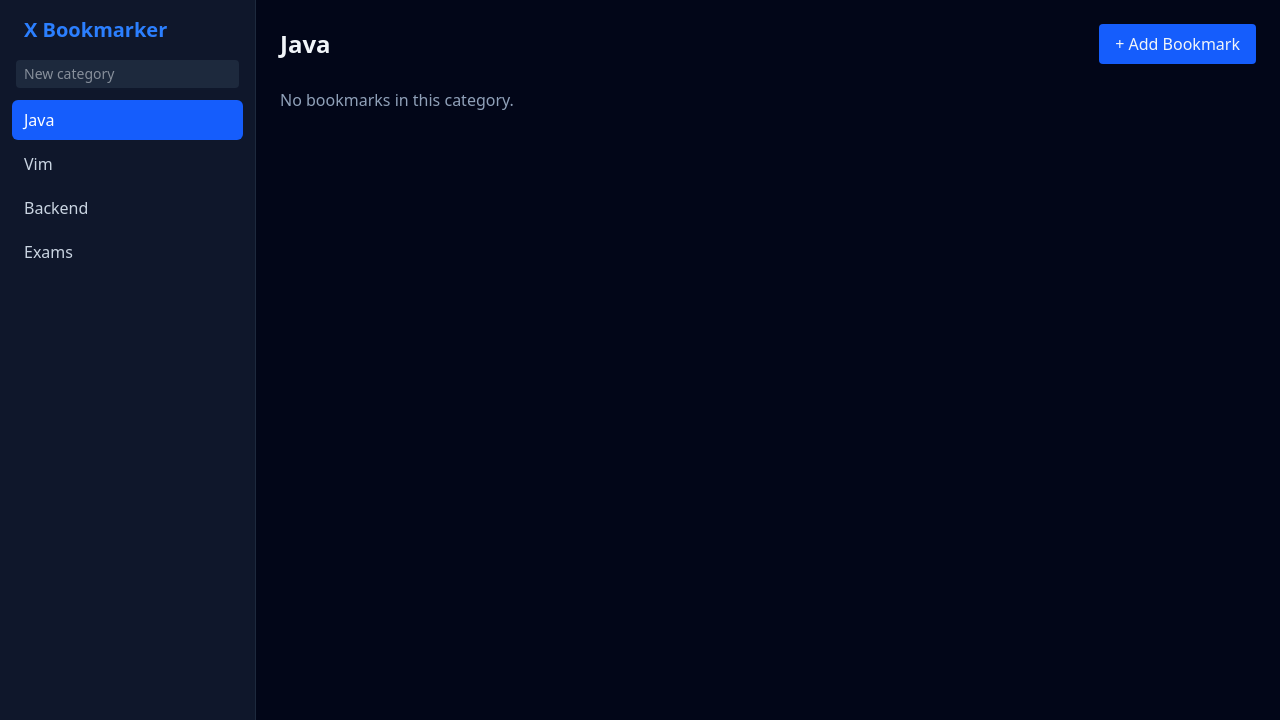
Repository: pgyunknown/pgyXmark
Page: /
These files come from the project's save history. The page is drawn as it stood at one moment and after the next save; the edit follows.
The browser window is 1280 px wide. The pictures show the whole page.
The page's requests for data from a server got no answer. The project was rebuilt for these pictures with package versions that can differ from the ones it lists, and the page was loaded fresh each time. No one was signed in, and anything a server would have sent is missing. Also part of the build but not shown: vite.config.js.

Above is the page before, as saved 2026-01-12 15:17:49.

After the next save:
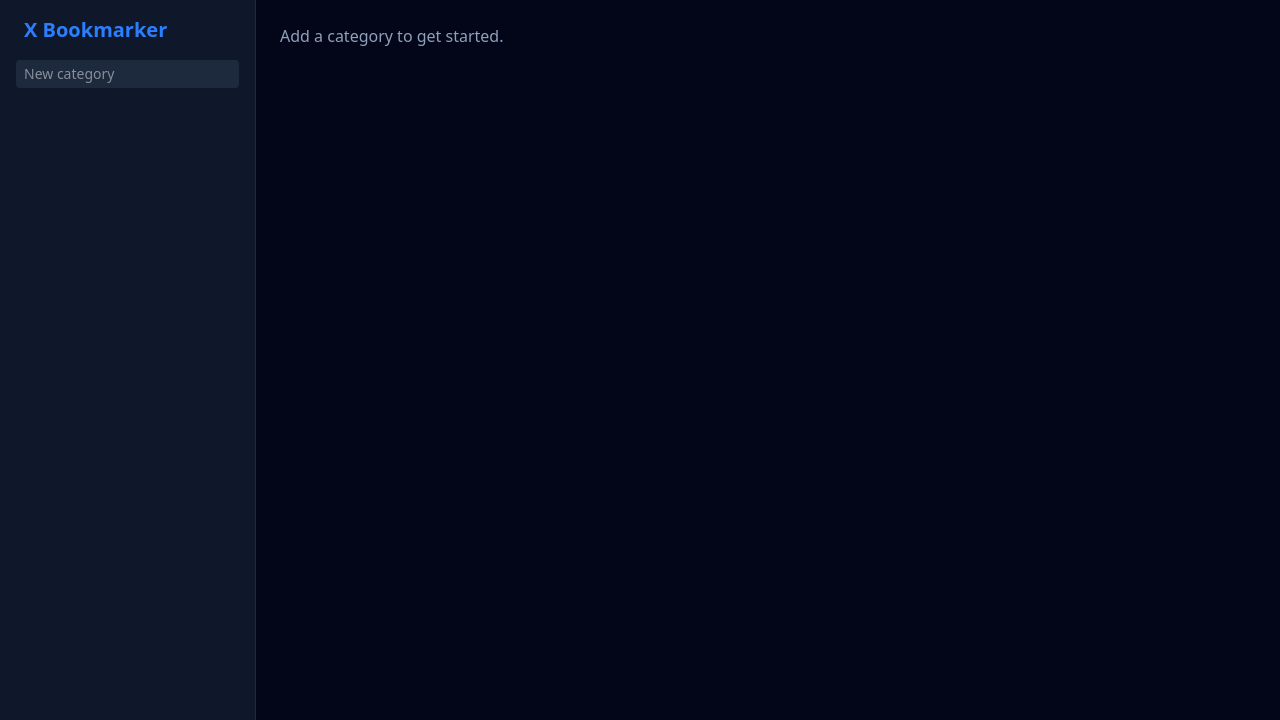
Saved 14 s later.
--- a/src/App.jsx
+++ b/src/App.jsx
@@ -1,14 +1,22 @@
-import { useState } from "react";
+import { useState, useEffect } from "react";
 import Sidebar from "./components/Sidebar";
 import BookmarkPanel from "./components/BookmarkPanel";
 import useBookmarks from "./hooks/useBookmarks";
-import categories from "./data/categories";
+import useCategories from "./hooks/useCategories";
 
 export default function App() {
-  const [activeCategory, setActiveCategory] = useState(categories[0]);
+  const { categories, addCategory, removeCategory } = useCategories();
+  const { addBookmark, getByCategory, removeBookmark } = useBookmarks();
+
+  const [activeCategory, setActiveCategory] = useState(null);
   const [isSidebarOpen, setIsSidebarOpen] = useState(false);
 
-  const { addBookmark, getByCategory, removeBookmark } = useBookmarks();
+  // auto-select first category
+  useEffect(() => {
+    if (!activeCategory && categories.length > 0) {
+      setActiveCategory(categories[0]);
+    }
+  }, [categories, activeCategory]);
 
   return (
     <div className="h-screen flex bg-slate-950 text-slate-100 overflow-hidden">
@@ -16,6 +24,8 @@ export default function App() {
         categories={categories}
         activeCategory={activeCategory}
         onSelectCategory={setActiveCategory}
+        onAddCategory={addCategory}
+        onDeleteCategory={removeCategory}
         isOpen={isSidebarOpen}
         onClose={() => setIsSidebarOpen(false)}
       />
@@ -28,15 +38,23 @@ export default function App() {
           >
             ☰
           </button>
-          <span className="ml-4 font-semibold">{activeCategory}</span>
+          <span className="ml-4 font-semibold">
+            {activeCategory || "No category"}
+          </span>
         </div>
 
-        <BookmarkPanel
-          activeCategory={activeCategory}
-          addBookmark={addBookmark}
-          getByCategory={getByCategory}
-          removeBookmark={removeBookmark}
-        />
+        {activeCategory ? (
+          <BookmarkPanel
+            activeCategory={activeCategory}
+            addBookmark={addBookmark}
+            getByCategory={getByCategory}
+            removeBookmark={removeBookmark}
+          />
+        ) : (
+          <div className="p-6 text-slate-400">
+            Add a category to get started.
+          </div>
+        )}
       </div>
     </div>
   );
